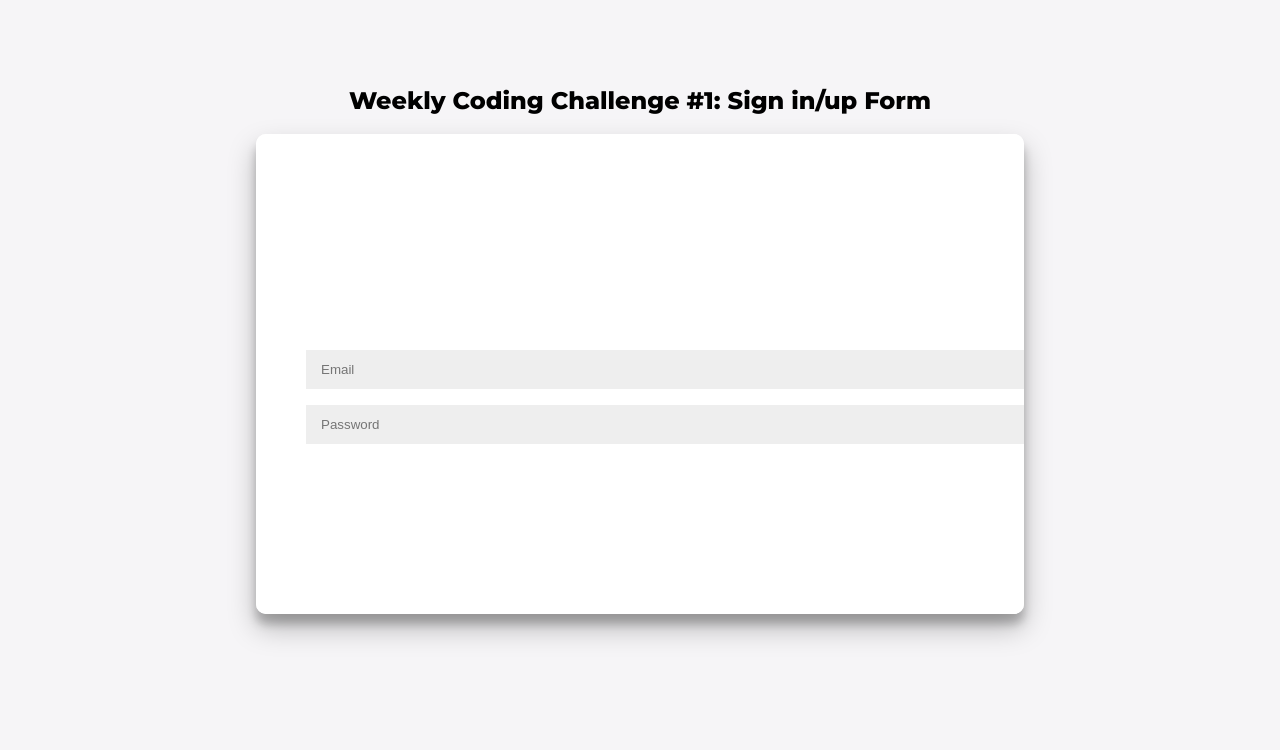
Repository: pvntlc/D-IT-Tech-Internship
Page: work_web/Day4/src/main/webapp/login.html
An editor plug-in stored every save of this project. The page is shown before and after the next save, followed by the edit.
The browser window is 1280 px wide. The pictures show the whole page.

Above is the page before, as saved 2023-09-14 05:10:22.
Console error: TypeError: Cannot read properties of null (reading 'addEventListener')

After the next save:
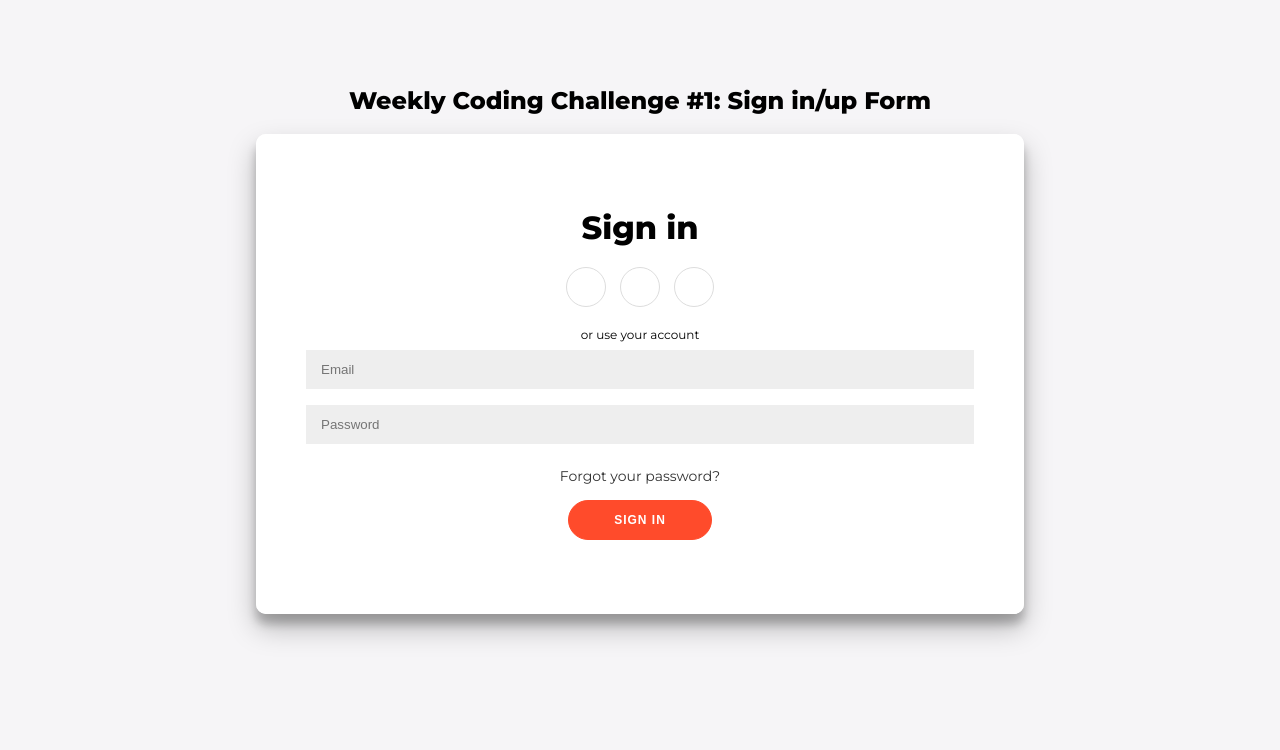
Saved 1 s later.
--- a/work_web/Day4/src/main/webapp/login.html
+++ b/work_web/Day4/src/main/webapp/login.html
@@ -118,7 +118,7 @@ input {
 
 .sign-in-container {
   left: 0;
-  width: 1900%;
+  width: 100%;
   z-index: 2;
 }
 
